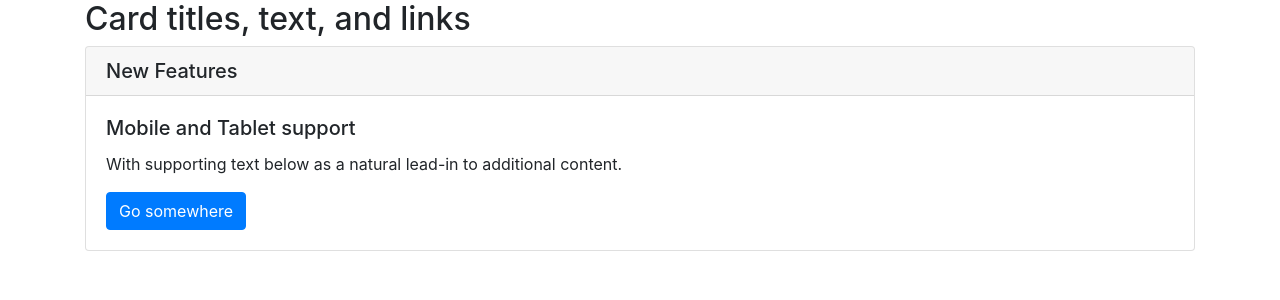
Repository: acciojob/bootstrap-card-vandanayadav15
Page: main.html
These files come from the project's save history. The page is drawn as it stood at one moment and after the next save; the edit follows.
The browser window is 1280 px wide. The pictures show the whole page.

Above is the page before, as saved 2022-10-28 23:23:08.

### main.html
<!DOCTYPE html>
<html lang="en">

<head>
	<title>Welcome to Sync5</title>
	<meta charset="utf-8">
	<meta name="viewport" content="width=device-width, initial-scale=1">
	<link rel="stylesheet" href="https://cdn.jsdelivr.net/npm/bootstrap@4.6.1/dist/css/bootstrap.min.css">
	<script src="https://cdn.jsdelivr.net/npm/jquery@3.6.0/dist/jquery.slim.min.js"></script>
	<script src="https://cdn.jsdelivr.net/npm/popper.js@1.16.1/dist/umd/popper.min.js"></script>
	<script src="https://cdn.jsdelivr.net/npm/bootstrap@4.6.1/dist/js/bootstrap.bundle.min.js"></script>
</head>

<body>

	<div class="container">
		<h2>Card titles, text, and links</h2>
		<div class="card">
			<h5 class="card-header">New Features</h5>
			<div class="card-body">
				<h5 class="card-title">Mobile and Tablet support</h5>
				<p class="card-text">With supporting text below as a natural lead-in to additional content.</p>
				<a href="#" class="btn btn-primary">Go somewhere</a>
			</div>
		</div>
	</div>

</body>

</html>

After the next save:
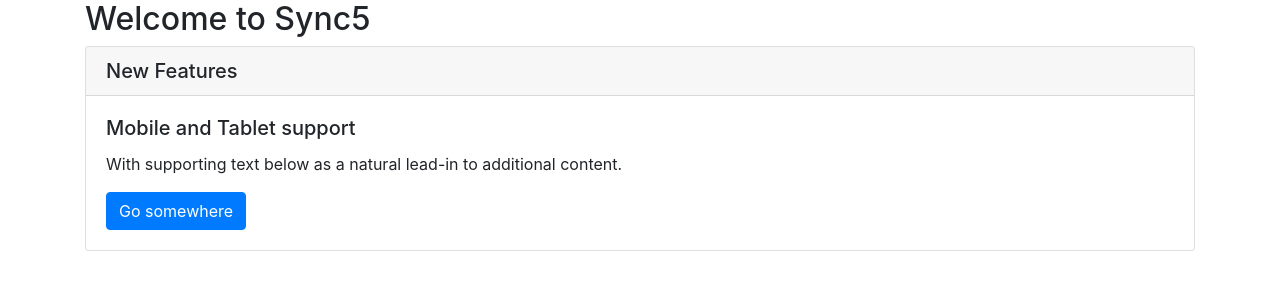
Saved 20 s later.
--- a/main.html
+++ b/main.html
@@ -14,7 +14,7 @@
 <body>
 
 	<div class="container">
-		<h2>Card titles, text, and links</h2>
+		<h2>Welcome to Sync5</h2>
 		<div class="card">
 			<h5 class="card-header">New Features</h5>
 			<div class="card-body">
